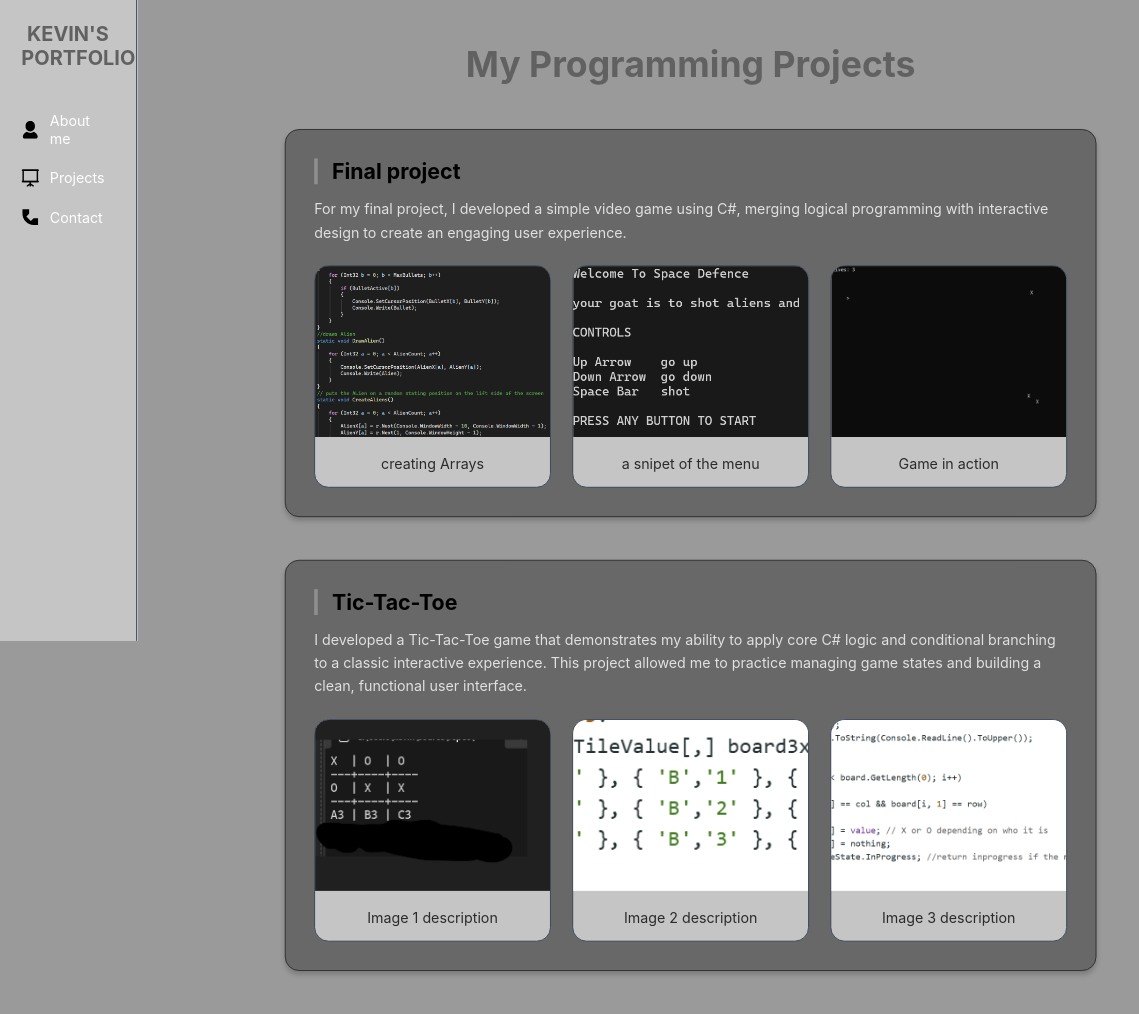
Repository: KevinSamaha/Kevin_Samaha
Page: pages/projects.html
These files come from the project's save history. The page is drawn as it stood at one moment and after the next save; the edit follows.
The browser window is 1280 px wide. The pictures show the whole page, at 89% of full size.

Above is the page before, as saved 2026-05-14 00:06:52.

After the next save:
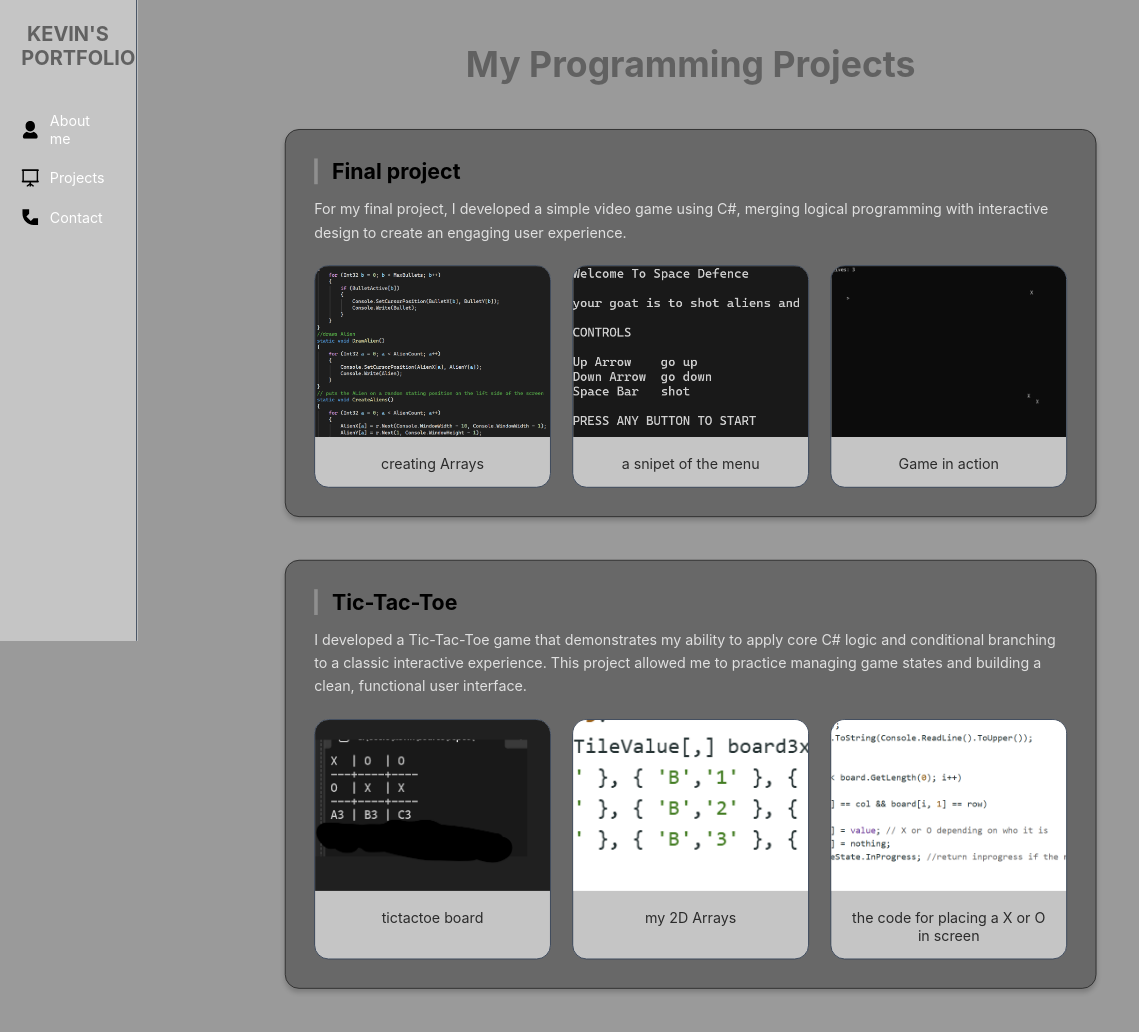
Saved 65 s later.
--- a/pages/projects.html
+++ b/pages/projects.html
@@ -91,17 +91,17 @@
           <section class="image-gallery">
             <article class="image-card">
               <img src="../Assets/images/tictactoe1.png" alt="../Assets/images/deer.png" />
-              <p class="image-description">Image 1 description</p>
+              <p class="image-description">tictactoe board</p>
             </article>
 
             <article class="image-card">
               <img src="../Assets/images/tictactoe2.png" alt="../Assets/images/deer.png" />
-              <p class="image-description">Image 2 description</p>
+              <p class="image-description">my 2D Arrays</p>
             </article>
 
             <article class="image-card">
               <img src="../Assets/images/tictactoe3.png" alt="../Assets/images/deer.png" />
-              <p class="image-description">Image 3 description</p>
+              <p class="image-description">the code for placing a X or O in screen</p>
             </article>
           </section>
         </section>
